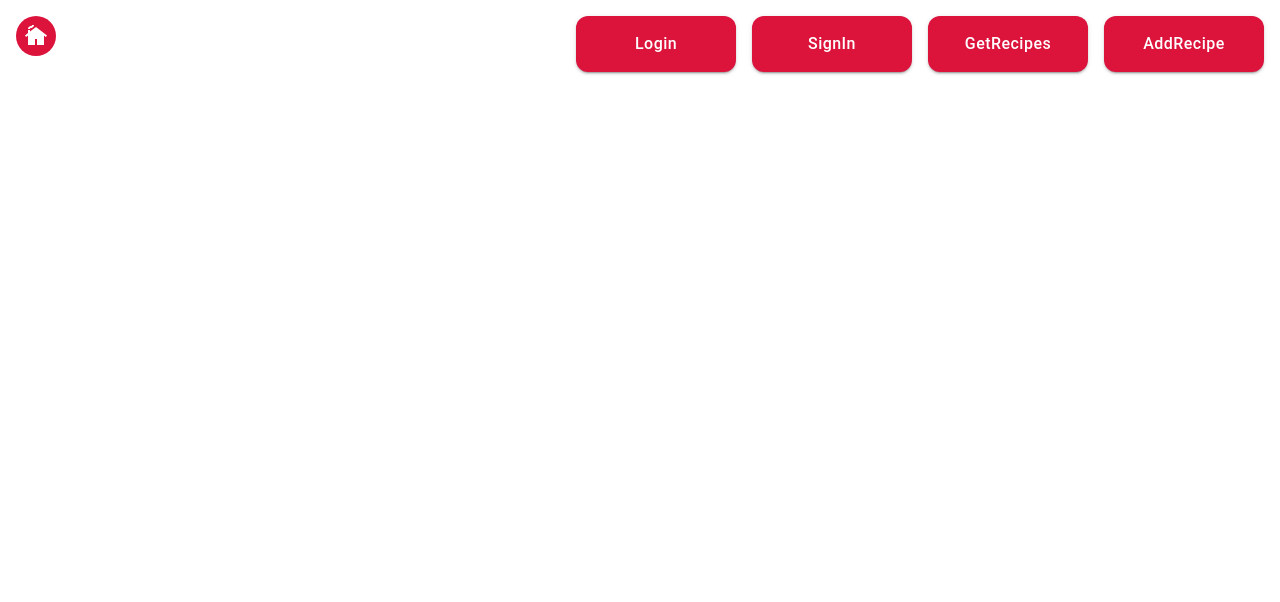
Repository: saraAber/Recipes_ReactProject
Page: /
An editor plug-in stored every save of this project. The page is shown before and after a run of saves, followed by the edit.
The browser window is 1280 px wide. The pictures show the whole page.
The project was rebuilt for these pictures with package versions that can differ from the ones it lists, and the page was loaded fresh each time. Also part of the build but not shown: vite.config.ts, src/components/Login.tsx, src/components/SignIn.tsx, src/components/userContext.tsx, src/components/GetRecipes.tsx, src/components/CategoriesContext.tsx, src/components/addRecipe.tsx, src/components/EditRecipe.tsx.

Above is the page before, as saved 2025-05-06 17:10:25.

### src/main.tsx
// import { BrowserRouter as Router, Routes, Route } from "react-router-dom";
// import HomePage from "./components/HomePage.tsx";
// import Recipes from './components/Recipes.tsx'
// import AddRecipe from './components/addRecipe.tsx';
// import EditRecipe from './components/editRecipe.tsx';
// import { AuthProvider } from "./contexts/AuthUserContext.tsx";
// import { Outlet } from 'react-router-dom';

// function App() {

//   return (
//     <>
//       <AuthProvider>
//         <Router>
//           <Routes>
//             <Route path="/" element={<Outlet />} />
//             <Route path='*' element={<HomePage />} />
//             <Route path='/recipes' element={<Recipes />} />
//             <Route path="/editRecipe" element={<EditRecipe recipeId={1} onRecipeUpdated={(updatedRecipe) => console.log(updatedRecipe)} />} />
//             <Route path='/addRecipe' element={<AddRecipe />} />

//           </Routes>
//           <Outlet />
//         </Router>
//       </AuthProvider>

//     </>
//   )
// }
// export default App


import { createRoot } from 'react-dom/client'
import App from "./App";
import { createBrowserRouter, RouterProvider } from 'react-router-dom'
import SignIn from './components/SignIn.tsx'
import Login from './components/Login.tsx'
import GetRecipes from './components/GetRecipes.tsx'
import AddRecipe from './components/AddRecipe'
import EditRecipe from './components/EditRecipe'

const routes = createBrowserRouter([

  {
    path: '*', // דף הבית הראשי

    element:
      <App />,

    children: [

      { path: 'Login', element: <Login /> },
      { path: 'SignIn', element: <SignIn /> },
      { path: 'GetRecipes', element: <GetRecipes /> },
      { path: 'AddRecipe', element: <AddRecipe /> },
      { path: 'edit-recipe/:id', element: <EditRecipe /> }

    ],
  },
]);
createRoot(document.getElementById('root')!).render(

  <RouterProvider router={routes} />,

);

### src/App.tsx
import { Outlet } from "react-router-dom";
import "./App.css";
import HomePage from "./components/HomePage";
import { AuthProvider } from "./contexts/AuthUserContext";

function App() {
  console.log("App Loaded!");

  return (
    <AuthProvider>
      <HomePage />
      <Outlet />
    </AuthProvider>
  );
}

export default App;

### src/App.css
* {
  margin: 0;
  padding: 0;
  box-sizing: border-box;
}

html, body {
  height: 100%;
  width: 100%;
  overflow: hidden;
}

body {
  display: flex;
  justify-content: center;
  align-items: center;
  /* background-image: url('/קופצות.jpg'); */
  background-repeat: no-repeat;
  background-position: center;
  background-size: contain;
  /* background-color: black;  */
}




.home-container {
  text-align: center;
  padding: 2rem;
}

.button-group button {
  margin: 10px;
  padding: 10px 20px;
  font-size: 1.1rem;
}

.modal-overlay {
  position: fixed;
  top: 0; left: 0; right: 0; bottom: 0;
  background: rgba(0, 0, 0, 0.75);
  display: flex; align-items: center; justify-content: center;
  z-index: 1000;
}

.modal {
  background: #000;
  color: #DC143C;
  padding: 30px;
  border: 2px solid white;
  border-radius: 15px;
  width: 300px;
}

.modal input {
  width: 100%;
  margin-bottom: 10px;
  padding: 8px;
}

.modal-buttons {
  display: flex;
  justify-content: space-between;
  padding: 28px;
}

.error {
  color: red;
  font-size: 12px;
}

.password-wrapper {
  position: relative;
}

.password-wrapper input {
  width: 100%;
  padding-right: 40px;
  box-sizing: border-box;
}

.toggle-password {
  position: absolute;
  top: 50%;
  right: 10px;
  transform: translateY(-50%);
  background: transparent;
  border: none;
  cursor: pointer;
  font-size: 1.2rem;
}

.handleLogin{
 width: 15px;
}

h2{
  padding: 20px;
}

.handleSignup{
  width: 15px;
  height: 15px;
}

### src/components/HomePage.tsx
import { Box, Button, IconButton } from "@mui/material";
import { Link, Outlet } from "react-router-dom";
// import HomeIcon from '@mui/icons-material/Home';
import { useState } from "react";
import { useAuth } from "../contexts/AuthUserContext";
import LoginModal from "./Login";
import SignupModal from "./SignIn";
import CottageIcon from '@mui/icons-material/Cottage';



function HomePage() {
  const [showLogin, setShowLogin] = useState(false);
  const [showSignup, setShowSignup] = useState(false);
  const { user } = useAuth();

  return (
    <>
      {/* תפריט קבוע בצד ימין למעלה */}
      <Box
        position="fixed"
        top={16}
        right={16}
        display="flex"
        gap={2}
        zIndex={1000}
      >
        <Box
          position="fixed"
          top={16}
          left={16}
        >
          <IconButton
            component={Link}
            to={"/"}
            sx={{ bgcolor: '#DC143C', '&:hover': { bgcolor: '#B22222' } }}
          >
            <CottageIcon sx={{ color: 'white' }} />
          </IconButton>

        </Box>

        {!user && (
          <>
            <Button
              onClick={() => setShowLogin(true)}
              variant="contained"
              sx={{
                bgcolor: '#DC143C',
                '&:hover': { bgcolor: '#B22222' },
                height: '56px',
                width: '160px',
                fontSize: '16px',
                borderRadius: '12px',
                textTransform: 'none'
              }}
            >
              Login
            </Button>
            <Button
              onClick={() => setShowSignup(true)}
              variant="contained"
              sx={{
                bgcolor: '#DC143C',
                '&:hover': { bgcolor: '#B22222' },
                height: '56px',
                width: '160px',
                fontSize: '16px',
                borderRadius: '12px',
                textTransform: 'none'
              }}
            >
              SignIn
            </Button>
          </>
        )}

        <Button
          component={Link}
          to={"/GetRecipes"}
          variant="contained"
          sx={{
            bgcolor: '#DC143C',
            '&:hover': { bgcolor: '#B22222' },
            height: '56px',
            width: '160px',
            fontSize: '16px',
            borderRadius: '12px',
            textTransform: 'none'
          }}
        >
          GetRecipes
        </Button>
        <Button
          component={Link}
          to={"/AddRecipe"}
          variant="contained"
          sx={{
            bgcolor: '#DC143C',
            '&:hover': { bgcolor: '#B22222' },
            height: '56px',
            width: '160px',
            fontSize: '16px',
            borderRadius: '12px',
            textTransform: 'none'
          }}
        >
          AddRecipe
        </Button>
      </Box>

      {/* מרווח מלמעלה שלא יחתך הדף */}
      <Box sx={{ paddingTop: '100px' }}>
        <Outlet />
      </Box>

      {/* מודאלים */}
      {showLogin && <LoginModal onClose={() => setShowLogin(false)} />}
      {showSignup && <SignupModal onClose={() => setShowSignup(false)} />}
    </>
  );
}

export default HomePage;

### src/contexts/AuthUserContext.tsx
import React, { ReactNode, createContext, useContext, useState } from "react";


// ממשק שמגדיר את סוגי הנתונים
export interface SignInFormInputs {
    username: string;
    email: string;
    password: string;
}

// טיפוס לקונטקסט
// טיפוס לקונטקסט
export interface AuthContextType {
    user: SignInFormInputs | null;
    isLoggedIn: boolean;
    saveUser: (user: SignInFormInputs) => void;
    clearUser: () => void;
}


// יצירת הקונטקסט
const AuthContext = createContext<AuthContextType | undefined>(undefined);

export interface AuthProviderProps {
    children: ReactNode;
}

// ספק גישה לנתוני המשתמש
export const AuthProvider: React.FC<AuthProviderProps> = ({ children }) => {
    const [user, setUser] = useState<SignInFormInputs | null>(() => {
        const storedUser = localStorage.getItem("user");
        return storedUser ? JSON.parse(storedUser) : null;
    });

    const [isLoggedIn, setIsLoggedIn] = useState<boolean>(!!user);

    const saveUser = (user: SignInFormInputs) => {
        localStorage.setItem("user", JSON.stringify(user));
        setUser(user);
        setIsLoggedIn(true);
    };

    const clearUser = () => {
        localStorage.removeItem("user");
        setUser(null);
        setIsLoggedIn(false);
    };

    return (
        <AuthContext.Provider value={{ user, isLoggedIn, saveUser, clearUser  }}>
            {children}
        </AuthContext.Provider>
    );
};

// הוק לשימוש בקונטקסט
export const useAuth = (): AuthContextType => {
    const context = useContext(AuthContext);
    if (!context) {
        throw new Error("useAuth must be used within an AuthProvider");
    }
    return context;
};

Loaded but not shown: index.html (common file)

After the next 2 saves:
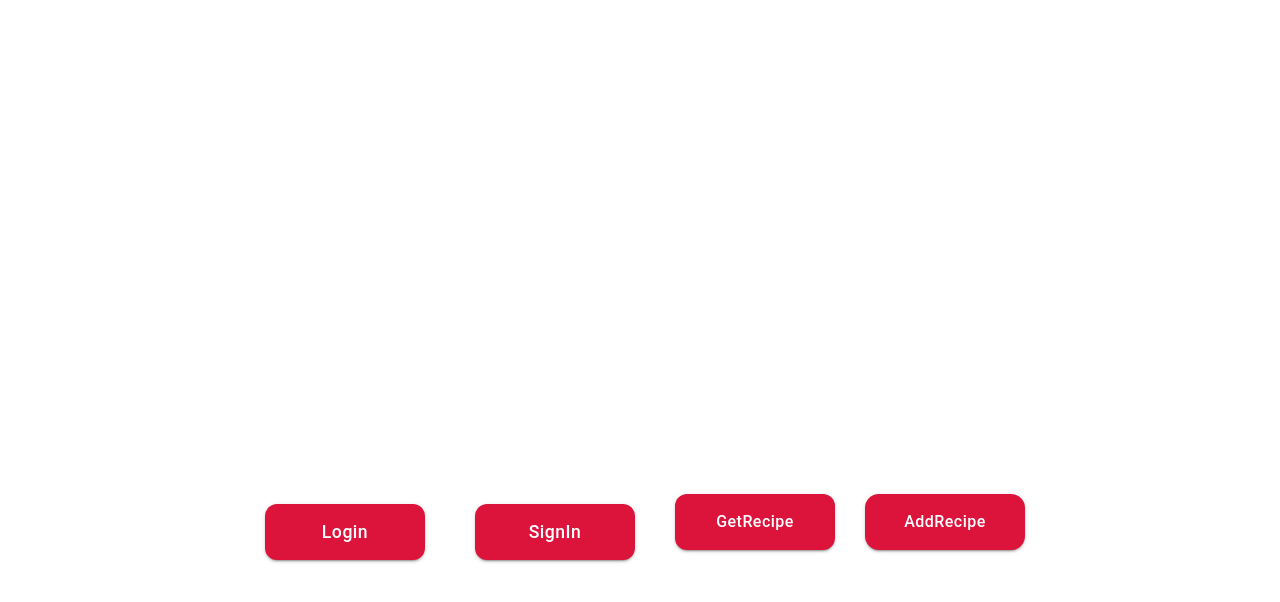
The 2 saves are shown as one change because they came seconds apart.
The last was saved 9 s later.
--- a/src/components/HomePage.tsx
+++ b/src/components/HomePage.tsx
@@ -1,45 +1,37 @@
-import { Box, Button, IconButton } from "@mui/material";
-import { Link, Outlet } from "react-router-dom";
-// import HomeIcon from '@mui/icons-material/Home';
 import { useState } from "react";
+import { useNavigate } from "react-router-dom";
 import { useAuth } from "../contexts/AuthUserContext";
 import LoginModal from "./Login";
 import SignupModal from "./SignIn";
-import CottageIcon from '@mui/icons-material/Cottage';
-
-
+import { Button } from '@mui/material';
+import { Link } from 'react-router-dom';
 
 function HomePage() {
   const [showLogin, setShowLogin] = useState(false);
   const [showSignup, setShowSignup] = useState(false);
+  const navigate = useNavigate();
   const { user } = useAuth();
 
   return (
-    <>
-      {/* תפריט קבוע בצד ימין למעלה */}
-      <Box
-        position="fixed"
-        top={16}
-        right={16}
-        display="flex"
-        gap={2}
-        zIndex={1000}
+    <div
+      className="home-container"
+      style={{
+        display: 'flex',
+        justifyContent: 'center',
+        alignItems: 'flex-end',
+        height: '100vh',
+        paddingBottom: '150px',
+        // marginTop: '150px',
+      }}
+    >
+      <div
+        className="button-group"
+        style={{
+          display: 'flex',
+          flexDirection: 'row',
+          gap: '30px', // רווח בין כפתורים
+        }}
       >
-        <Box
-          position="fixed"
-          top={16}
-          left={16}
-        >
-          <IconButton
-            component={Link}
-            to={"/"}
-            sx={{ bgcolor: '#DC143C', '&:hover': { bgcolor: '#B22222' } }}
-          >
-            <CottageIcon sx={{ color: 'white' }} />
-          </IconButton>
-
-        </Box>
-
         {!user && (
           <>
             <Button
@@ -52,7 +44,7 @@ function HomePage() {
                 width: '160px',
                 fontSize: '16px',
                 borderRadius: '12px',
-                textTransform: 'none'
+                textTransform: 'none',
               }}
             >
               Login
@@ -67,14 +59,13 @@ function HomePage() {
                 width: '160px',
                 fontSize: '16px',
                 borderRadius: '12px',
-                textTransform: 'none'
+                textTransform: 'none',
               }}
             >
               SignIn
             </Button>
           </>
         )}
-
         <Button
           component={Link}
           to={"/GetRecipes"}
@@ -86,10 +77,10 @@ function HomePage() {
             width: '160px',
             fontSize: '16px',
             borderRadius: '12px',
-            textTransform: 'none'
+            textTransform: 'none',
           }}
         >
-          GetRecipes
+          GetRecipe
         </Button>
         <Button
           component={Link}
@@ -101,23 +92,16 @@ function HomePage() {
             height: '56px',
             width: '160px',
             fontSize: '16px',
-            borderRadius: '12px',
-            textTransform: 'none'
+            borderRadius: '14px',
+            textTransform: 'none',
           }}
         >
           AddRecipe
         </Button>
-      </Box>
-
-      {/* מרווח מלמעלה שלא יחתך הדף */}
-      <Box sx={{ paddingTop: '100px' }}>
-        <Outlet />
-      </Box>
-
-      {/* מודאלים */}
+      </div>
       {showLogin && <LoginModal onClose={() => setShowLogin(false)} />}
       {showSignup && <SignupModal onClose={() => setShowSignup(false)} />}
-    </>
+    </div>
   );
 }
 
